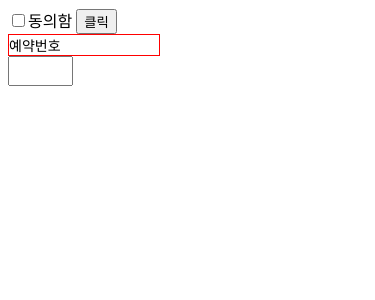
Repository: mekeyace/portfolio
Page: http://localhost/web/check.jsp
These files come from the project's save history. The page is drawn as it stood at one moment and after the next save; the edit follows.
The browser window is 375 px wide. The pictures show the whole page.
The page is served by Tomcat 9. Other server files are loaded and not shown.

Above is the page before, as saved 2023-06-22 03:11:49.

### maven/web/src/main/webapp/check.jsp
<%@ page language="java" contentType="text/html; charset=UTF-8"
    pageEncoding="UTF-8"%>
<!DOCTYPE html>
<html>
<head>
<meta charset="UTF-8">
<meta name="viewport" content="width=device-width, initial-scale=1" />
<title>Insert title here</title>
<style>
.ins {
 width:calc(100% - 174px);
 box-sizing: border-box;
 height:30px;
}
@media screen and (min-width:341px) and (max-width:560px){
.ins {
 max-width:calc(100% - 294px);
}
}

</style>
</head>
<body>
<!-- 체크박스1 : 체크시 : Y 미체크시 : N -->
<form id="frm" method="post" action="./checkok.do">
<input type="hidden" name="cks" value="N">
<input type="checkbox" id="agree">동의함
<input type="button" value="클릭" onclick="abc()">

<div style="font-size:14px; width:150px; border:1px solid red;">예약번호</div>
<input type="text" class="ins">
<br>
</form>
<!-- 체크박스2 : 체크시 : Y 미체크시 : null -->
</body>
<script>
function abc(){
	frm.submit();
}
</script>
</html>

After the next save:
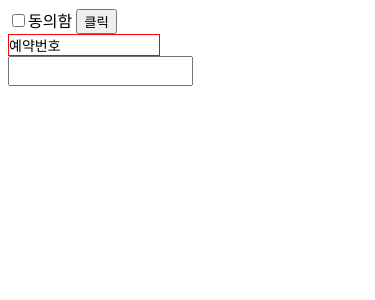
Saved 20 s later.
--- a/maven/web/src/main/webapp/check.jsp
+++ b/maven/web/src/main/webapp/check.jsp
@@ -14,7 +14,7 @@
 }
 @media screen and (min-width:341px) and (max-width:560px){
 .ins {
- max-width:calc(100% - 294px);
+ max-width:450px;
 }
 }
 
